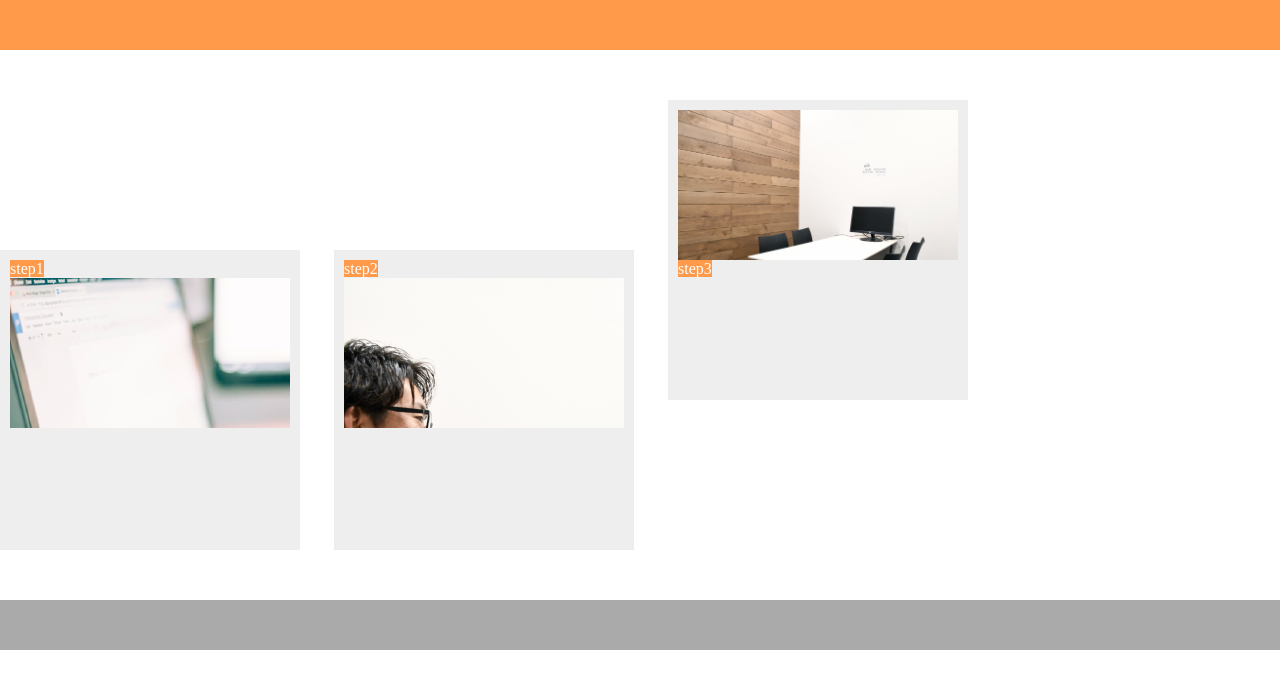
Repository: kiruha313/DWC
Page: exersise9/index.html
The author's editor kept a record of every edit. The page is drawn from the files as they stood at one moment, then again after the next edit.
The browser window is 1280 px wide. The pictures show the whole page.

Above is the page before.

### exersise9/index.html
<!DOCTYPE html>
<html lang="ja">
  <head>
    <meta charset="UTF-8" />
    <link rel="stylesheet" href="style.css" />
    <title>9</title>
  </head>

  <body>
    <div class="orange"></div>

    <div class="step">
      <span class="step1">step1</span>
      <div class="step1-img"></div>
    </div>

    <div class="step">
      <span class="step3">step2</span>
      <div class="step3-img"></div>
    </div>

    <div class="step">
      <div class="step2-img"></div>
      <span class="step3">step3</span>
    </div>

    <div class="gray"></div>

  </body>

</html>

### exersise9/style.css
* {
  margin: 0;
  padding: 0;
  box-sizing: border-box;
  color: #6c6b6b;
}

.orange  {
  background-color: #ff9a4b;
  width: 100%;
  height: 50px;
}

.step {
  width: 300px;
  height: 300px;
  margin: 50px 30px 50px 0;
  padding: 10px;
  display: inline-block;
  background-color: #eee;
}

.step1 {
  color: #fff;
  background-color: #ff9a4b;
}

.step1-img {
  width: 280px;
  height: 150px;
  background-image: url(img/flow01.png);

}

.step2 {
  color: #fff;
  background-color: #ff9a4b;
}

.step2-img {
  height: 150px;
  background-image: url(img/flow02.png);
  background-size: cover;

}

.step3 {
  color: #fff;
  background-color: #ff9a4b;
}

.step3-img {
  width: 280px;
  height: 150px;
  background-image: url(img/flow03.png);

}

.gray {
  background-color: #aaaaaa;
  width: 100%;
  height: 50px;
}

After the next edit:
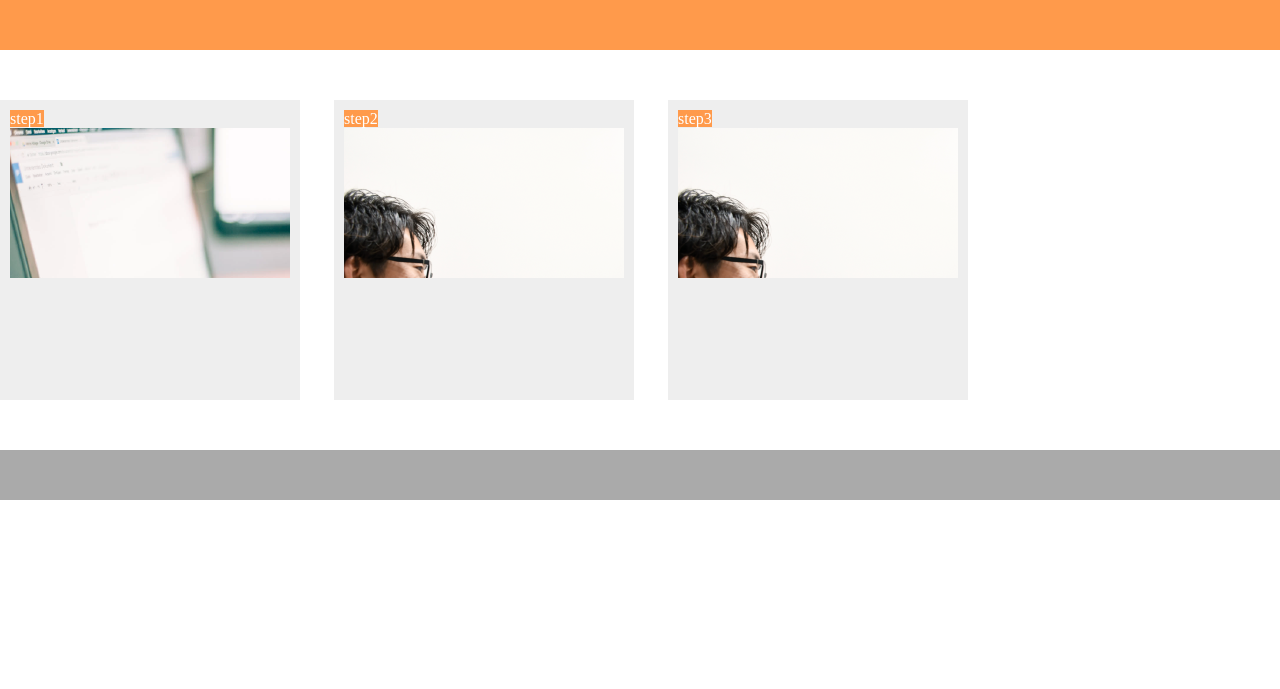
The edit:
--- a/exersise9/index.html
+++ b/exersise9/index.html
@@ -20,8 +20,8 @@
     </div>
 
     <div class="step">
-      <div class="step2-img"></div>
       <span class="step3">step3</span>
+      <div class="step3-img"></div>
     </div>
 
     <div class="gray"></div>
